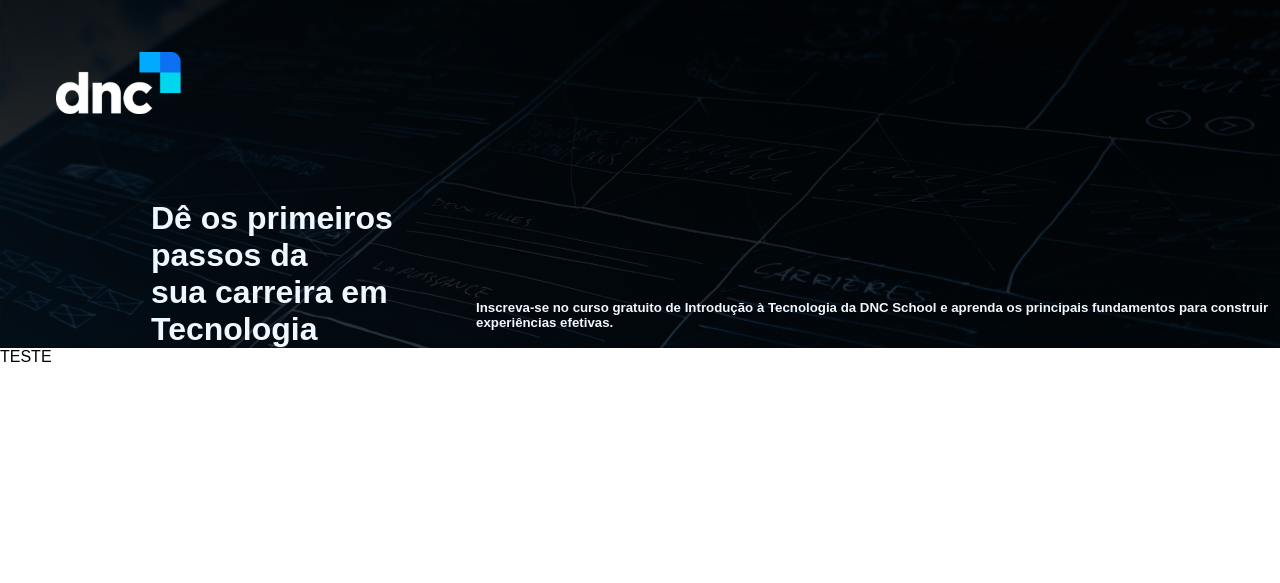
Repository: kleber-goncalves/Landing-Page-dnc
Page: src/index.html
An editor plug-in stored every save of this project. The page is shown before and after the next save, followed by the edit.
The browser window is 1280 px wide. The pictures show the whole page.

Above is the page before, as saved 2024-12-09 19:45:46.

### src/index.html
<!DOCTYPE html>
<html lang="pt-br">
  <head>
    <meta charset="UTF-8" />
    <meta name="viewport" content="width=device-width, initial-scale=1.0" />
    <title>Escola DNC</title>
    <link rel="stylesheet" href="../src/style.css" />
  </head>
  <body>
    <div id="cabecanho">
        <img id="logo-dnc" src="../img/logo.svg" alt="logo-dnc">
        <h1 id="titulo" >Dê os primeiros passos da <br>
            sua carreira em Tecnologia</h1>
        <h5 id="subtitulo" >Inscreva-se no curso gratuito de Introdução à Tecnologia da DNC School e aprenda os principais fundamentos para construir experiências efetivas.</h5>
    </div>
    <div>TESTE</div>
  </body>
</html>

### src/style.css
* {
  margin: 0px;
  font-family: Arial, Helvetica, sans-serif;
}

#cabecanho {
  display: flex;
  margin: 0%;
  height: 100%;
  background-image: url(../img/fundo.svg);
  background-size: cover;
  background-repeat: no-repeat;
  color: aliceblue;
}

#logo-dnc {
  display: flex;
  width: 125px;
  height: 62px;
  margin-left: 56px;
  margin-top: 52px;
}

#titulo {
  display: flex;
  margin-left: -30px;
  margin-top: 200px;
}

#subtitulo{
    display: flex;
    margin-left: -30px;
    margin-top: 300px;
}

### img/logo.svg
<svg width="125" height="62" viewBox="0 0 125 62" fill="none" xmlns="http://www.w3.org/2000/svg" xmlns:xlink="http://www.w3.org/1999/xlink">
<rect width="125" height="62" fill="url(#pattern0_1227_101)"/>
<defs>
<pattern id="pattern0_1227_101" patternContentUnits="objectBoundingBox" width="1" height="1">
<use xlink:href="#image0_1227_101" transform="matrix(0.00497512 0 0 0.0100305 0 -0.00152463)"/>
</pattern>
<image id="image0_1227_101" width="201" height="100" xlink:href="data:[embedded picture, 3186 characters]"/>
</defs>
</svg>

### img/fundo.svg
<svg width="1440" height="560" viewBox="0 0 1440 560" fill="none" xmlns="http://www.w3.org/2000/svg" xmlns:xlink="http://www.w3.org/1999/xlink">
<rect width="1440" height="560" fill="url(#pattern0_1227_39)"/>
<rect width="1440" height="560" fill="url(#paint0_linear_1227_39)"/>
<defs>
<pattern id="pattern0_1227_39" patternContentUnits="objectBoundingBox" width="1" height="1">
<use xlink:href="#image0_1227_39" transform="matrix(0.0004 0 0 0.00102857 0 -0.0636538)"/>
</pattern>
<linearGradient id="paint0_linear_1227_39" x1="720" y1="0" x2="720" y2="560" gradientUnits="userSpaceOnUse">
<stop stop-opacity="0.9"/>
<stop offset="1" stop-opacity="0.7"/>
</linearGradient>
<image id="image0_1227_39" width="2500" height="1460" xlink:href="data:[embedded picture, 603023 characters]"/>
</defs>
</svg>

After the next save:
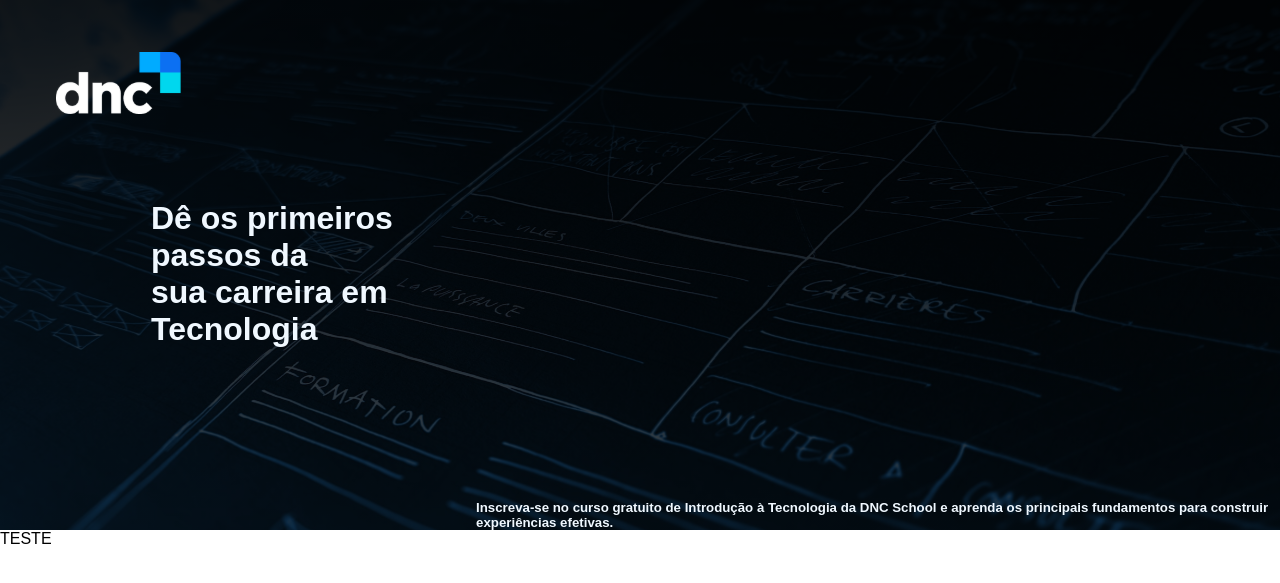
Saved 9 s later.
--- a/src/style.css
+++ b/src/style.css
@@ -30,5 +30,5 @@
 #subtitulo{
     display: flex;
     margin-left: -30px;
-    margin-top: 300px;
+    margin-top: 500px;
 }
